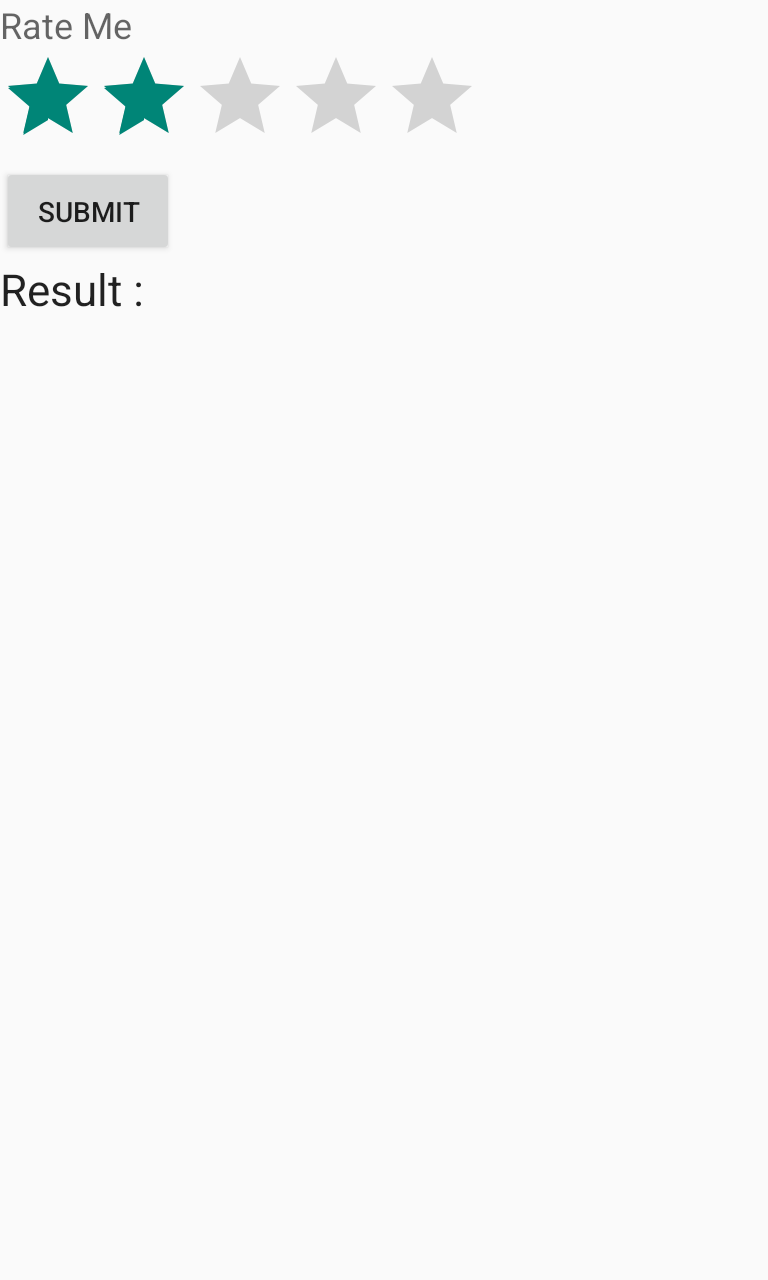
Repository: morgancundiff/TrollApp
Layout: Troll/res/layout/menu_single_item.xml
An editor plug-in stored every save of this project. The layout is shown before and after the next save, followed by the edit.
It is drawn on a 768 x 1280 px phone screen (xhdpi) without system bars, with theme AppTheme; the app's code is not run.

Above is the layout before, as saved 2014-05-29 05:50:30.

### Troll/res/layout/menu_single_item.xml
<?xml version="1.0" encoding="utf-8"?>
<LinearLayout xmlns:android="http://schemas.android.com/apk/res/android"
    android:layout_width="fill_parent"
    android:layout_height="fill_parent"
    android:orientation="vertical" >

    <TextView
        android:id="@+id/lblRateMe"
        android:layout_width="wrap_content"
        android:layout_height="wrap_content"
        android:text="Rate Me"
        android:textAppearance="?android:attr/textAppearanceMedium" />

    <RatingBar
        android:id="@+id/ratingBar"
        android:layout_width="wrap_content"
        android:layout_height="wrap_content"
        android:stepSize="0.5"
        android:rating="2.0" />

    <Button
        android:id="@+id/btnSubmit"
        android:layout_width="wrap_content"
        android:layout_height="wrap_content"
        android:text="Submit" />

    <LinearLayout
        android:id="@+id/linearLayout1"
        android:layout_width="match_parent"
        android:layout_height="wrap_content" >

        <TextView
            android:id="@+id/lblResult"
            android:layout_width="wrap_content"
            android:layout_height="wrap_content"
            android:text="Result : "
            android:textAppearance="?android:attr/textAppearanceLarge" />

        <TextView
            android:id="@+id/txtRatingValue"
            android:layout_width="wrap_content"
            android:layout_height="wrap_content"
            android:text=""
            android:textAppearance="?android:attr/textAppearanceSmall" />

    </LinearLayout>

</LinearLayout>

Loaded but not shown: Troll/res/values/styles.xml (common file); Troll/res/values-v11/styles.xml (common file); Troll/res/values-v14/styles.xml (common file)

After the next save:
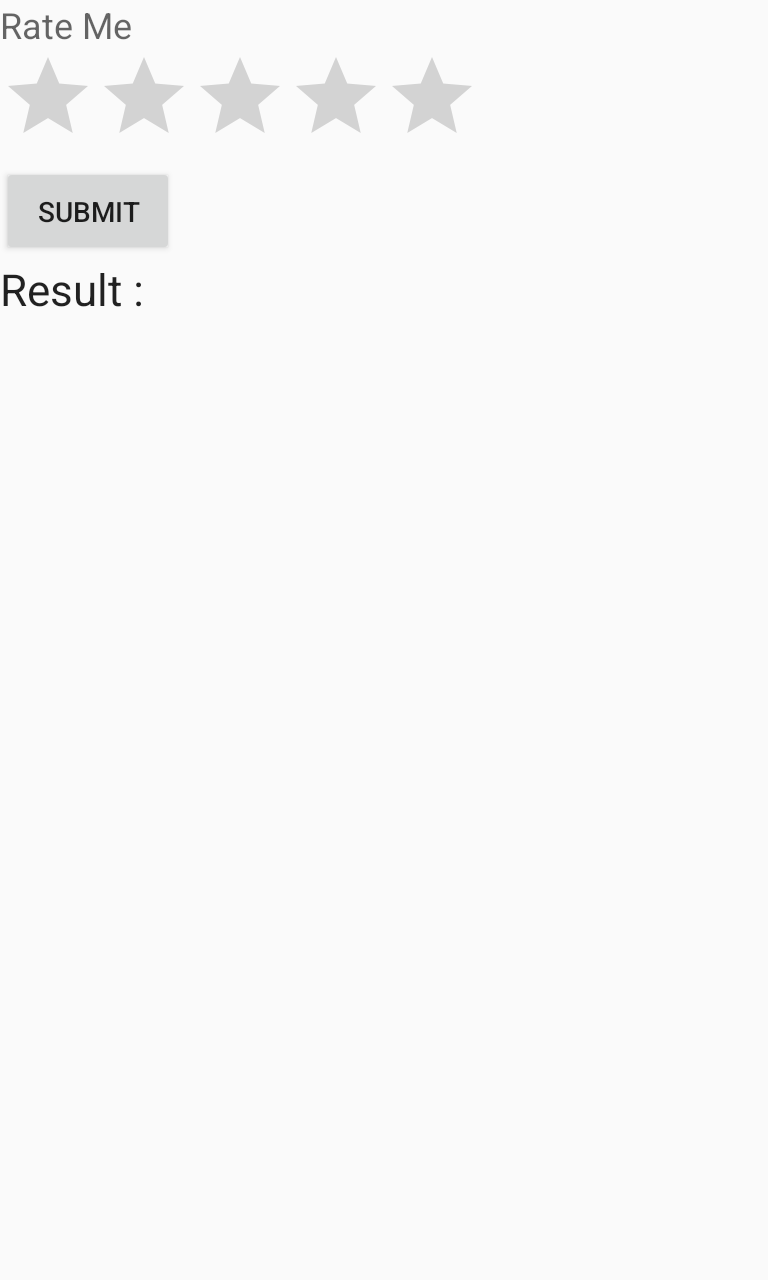
Saved 6 min 36 s later.
--- a/Troll/res/layout/menu_single_item.xml
+++ b/Troll/res/layout/menu_single_item.xml
@@ -15,8 +15,7 @@
         android:id="@+id/ratingBar"
         android:layout_width="wrap_content"
         android:layout_height="wrap_content"
-        android:stepSize="0.5"
-        android:rating="2.0" />
+        android:stepSize="0.5" />
 
     <Button
         android:id="@+id/btnSubmit"
